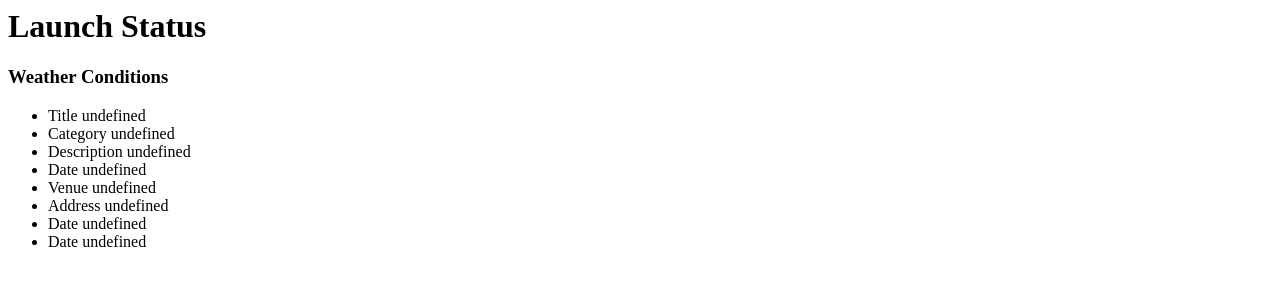
Repository: JohnRudolph1/Events-JSON
Page: index.html
These files come from the project's save history. The page is drawn as it stood at one moment and after a run of saves; the edit follows.
The browser window is 1280 px wide. The pictures show the whole page.

Above is the page before, as saved 2022-01-10 09:18:26.

### index.html
<html>
   <head>
      <title>Launch Status</title>
      <script>
         window.addEventListener("load", function() {
            fetch("json.js").then( function(response) {
               response.json().then( function(json) {
                  const div = document.getElementById("weather-conditions");
                  // Add HTML that includes the JSON data
                  div.innerHTML = `
                     <ul>
                        <li>Title ${json.title}</li>
                        <li>Category ${json.category}</li>
                        <li>Description ${json.description}</li>
                        <li>Date ${json.start}</li>
                        <li>Venue ${json.venue_name}</li>
                        <li>Address ${json.venue_formatted_address}</li>
                        <li>Date ${json.start}</li>
                        <li>Date ${json.start}</li>
                     </ul>
                  `;
               });
            });
         });
      </script>
   </head>
   <body>
      <h1>Launch Status</h1>
      <h3>Weather Conditions</h3>
      <div id="weather-conditions">
         <!-- Weather data is added here dynamically. -->
      </div>
   </body>
</html>

Loaded but not shown: json.js (1073 lines, source omitted)

After the next 3 saves:
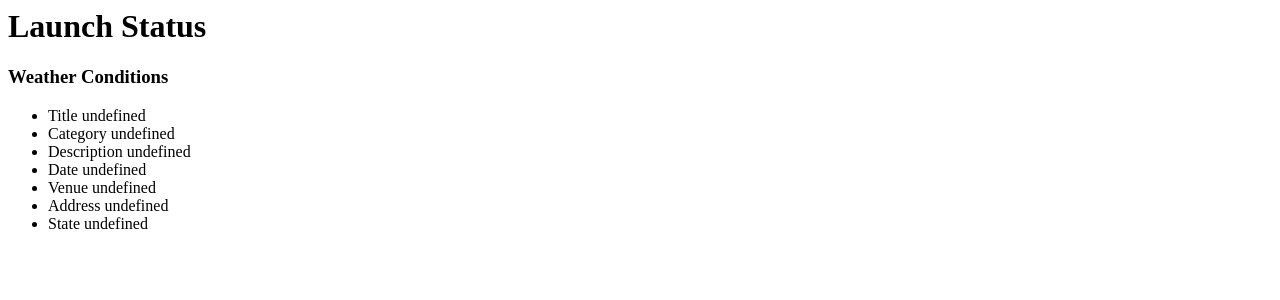
The 3 saves are shown as one change because they came seconds apart.
The last was saved 25 s later.
--- a/index.html
+++ b/index.html
@@ -15,8 +15,8 @@
                         <li>Date ${json.start}</li>
                         <li>Venue ${json.venue_name}</li>
                         <li>Address ${json.venue_formatted_address}</li>
-                        <li>Date ${json.start}</li>
-                        <li>Date ${json.start}</li>
+                        <li>State ${json.state}</li>
+
                      </ul>
                   `;
                });
